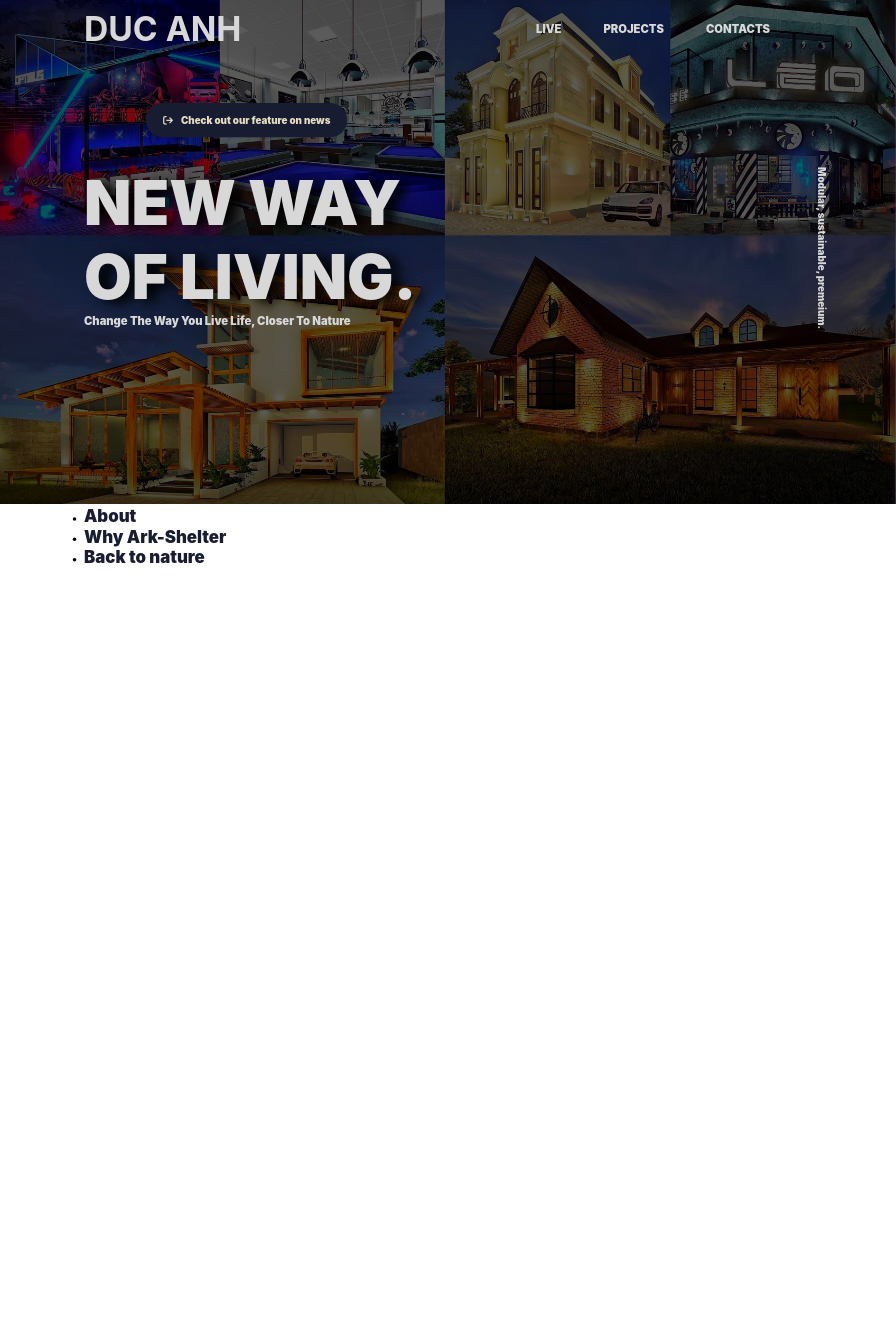
Repository: Ethanxcode/DucAnhNguyen
Page: index.html
An editor plug-in stored every save of this project. The page is shown before and after the next save, followed by the edit.
The browser window is 1280 px wide. The pictures show the part of the page from y = 0 to 1920 px (the page is 10000 px tall), at 70% of full size.

Above is the page before, as saved 2023-01-14 01:17:06.

After the next save:
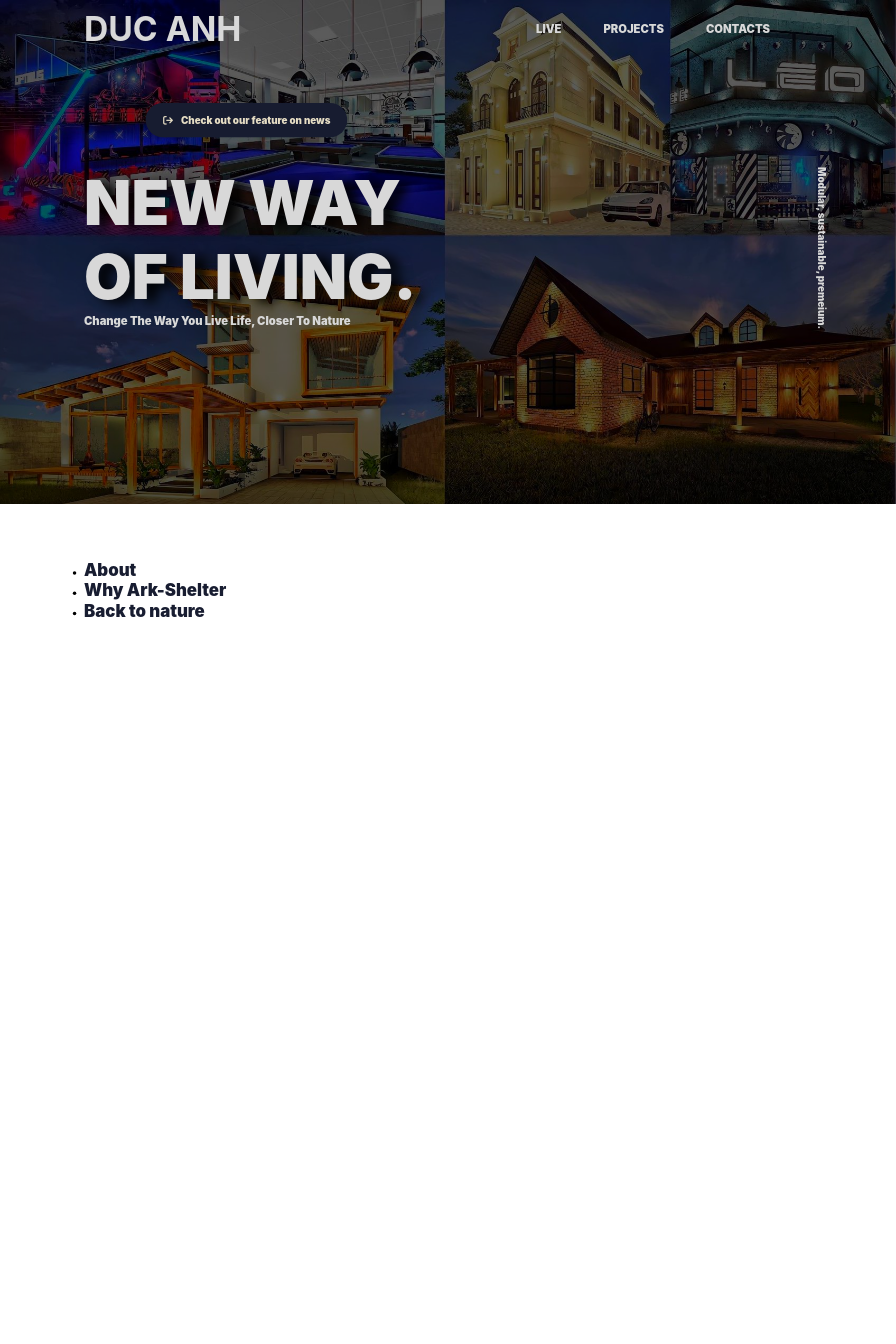
Saved 6 s later.
--- a/style.css
+++ b/style.css
@@ -381,7 +381,7 @@ subHeaderMenu > ul > li > a {
 }
 
 .header {
-	height: 723px;
+	height: 800px;
 	display: block;
 }
 
